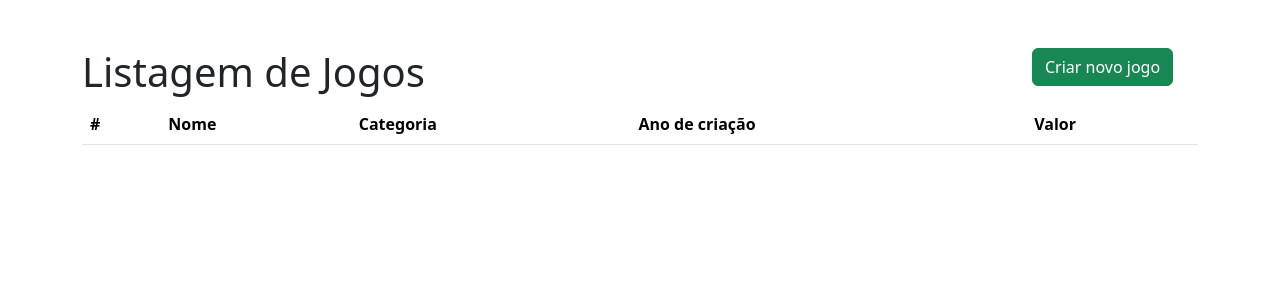
Repository: ytavares/game-registration
Page: http://localhost/jogos
An editor plug-in stored every save of this project. The page is shown before and after the next save, followed by the edit.
The browser window is 1280 px wide. The pictures show the whole page.
The page is served by the project's Laravel application, run on PHP 8.4 with Laravel 10. Other server files are loaded and not shown. Queries for data that is not in the repository find no rows.

Above is the page before, as saved 2023-09-16 00:45:42.

### routes/web.php
<?php

use App\Http\Controllers\JogosController;
use Illuminate\Support\Facades\Route;

/*
|--------------------------------------------------------------------------
| Web Routes
|--------------------------------------------------------------------------
|
| Here is where you can register web routes for your application. These
| routes are loaded by the RouteServiceProvider and all of them will
| be assigned to the "web" middleware group. Make something great!
|
*/

Route::prefix('jogos')->group(function () {
    Route::get('/', [JogosController::class, 'index'])->name('jogos-index');
    Route::get('/create', [JogosController::class, 'create'])->name('jogos-create');
    Route::post('/', [JogosController::class, 'store'])->name('jogos-store');
});

Route::fallback(function () {
    return "Erro ao localizar a rota!";
});

### app/Http/Controllers/JogosController.php
<?php

namespace App\Http\Controllers;

use App\Models\Jogo;
use Illuminate\Http\Request;

class JogosController extends Controller
{
    public function index()
    {
        $jogos = Jogo::all();
        return view('jogos.index', ['jogos' => $jogos]);
    }

    public function create()
    {
        return view('jogos.create');
    }
    public function store(Request $request)
    {
        Jogo::create($request->all());
        return redirect()->route('jogos-index');
    }
}

### app/Models/Jogo.php
<?php

namespace App\Models;

use Illuminate\Database\Eloquent\Factories\HasFactory;
use Illuminate\Database\Eloquent\Model;

class Jogo extends Model
{
    use HasFactory;
    protected $fillable = [
        'nome',
        'categoria',
        'ano_criacao',
        'valor',
    ];
};

### resources/views/jogos/index.blade.php
@extends('layouts.app')

@section('title', 'Listagem')
@section('content')
    <div class="container mt-5">
        <div class="row">
            <div class="col-md-10">
                <h1>Listagem de Jogos</h1>
            </div>
            <div class="col-md-2">
                <a href="{{ route('jogos-create')}}" class="btn btn-success">Criar novo jogo</a>
            </div>
        </div>
        <table class="table">
            <thead>
            <tr>
                <th scope="col">#</th>
                <th scope="col">Nome</th>
                <th scope="col">Categoria</th>
                <th scope="col">Ano de criação</th>
                <th scope="col">Valor</th>
            </tr>
            </thead>
            <tbody>
                @foreach ($jogos as $jogo)
                <tr>
                    <th scope="row">{{ $jogo->id }}</th>
                    <td>{{ $jogo->nome }}</td>
                    <td>{{ $jogo->categoria }}</td>
                    <td>{{ $jogo->ano_criacao }}</td>
                    <td>{{ $jogo->valor }}</td>
                </tr>
                @endforeach
            </tbody>
        </table>
    </div>
@endsection

### resources/views/layouts/app.blade.php
<!DOCTYPE html>
<html lang="en">
<head>
    <meta charset="UTF-8">
    <meta name="viewport" content="width=device-width, initial-scale=1.0">
    <meta http-equiv="X-UA-Compatible" content="ie=edge">
    <link href="https://cdn.jsdelivr.net/npm/bootstrap@5.3.2/dist/css/bootstrap.min.css" rel="stylesheet" integrity="sha384-T3c6CoIi6uLrA9TneNEoa7RxnatzjcDSCmG1MXxSR1GAsXEV/Dwwykc2MPK8M2HN" crossorigin="anonymous">
    <title>@yield('title') - Laravel</title>
</head>
<body>
    @yield('content')
</body>
</html>

Loaded but not shown: app/Http/Controllers/Controller.php (common file)

After the next save:
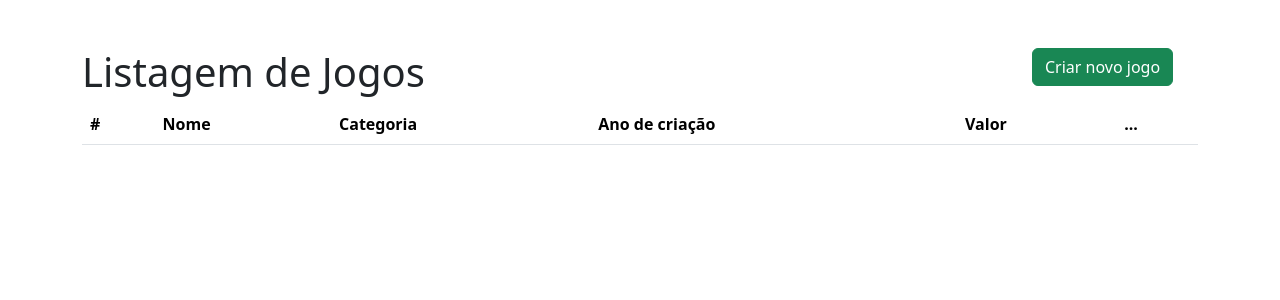
Saved 21 min 15 s later.
--- a/resources/views/jogos/index.blade.php
+++ b/resources/views/jogos/index.blade.php
@@ -19,6 +19,7 @@
                 <th scope="col">Categoria</th>
                 <th scope="col">Ano de criação</th>
                 <th scope="col">Valor</th>
+                <th scope="col">...</th>
             </tr>
             </thead>
             <tbody>
@@ -29,6 +30,9 @@
                     <td>{{ $jogo->categoria }}</td>
                     <td>{{ $jogo->ano_criacao }}</td>
                     <td>{{ $jogo->valor }}</td>
+                    <td>
+                        <a href="#">Editar</a>
+                    </td>
                 </tr>
                 @endforeach
             </tbody>
